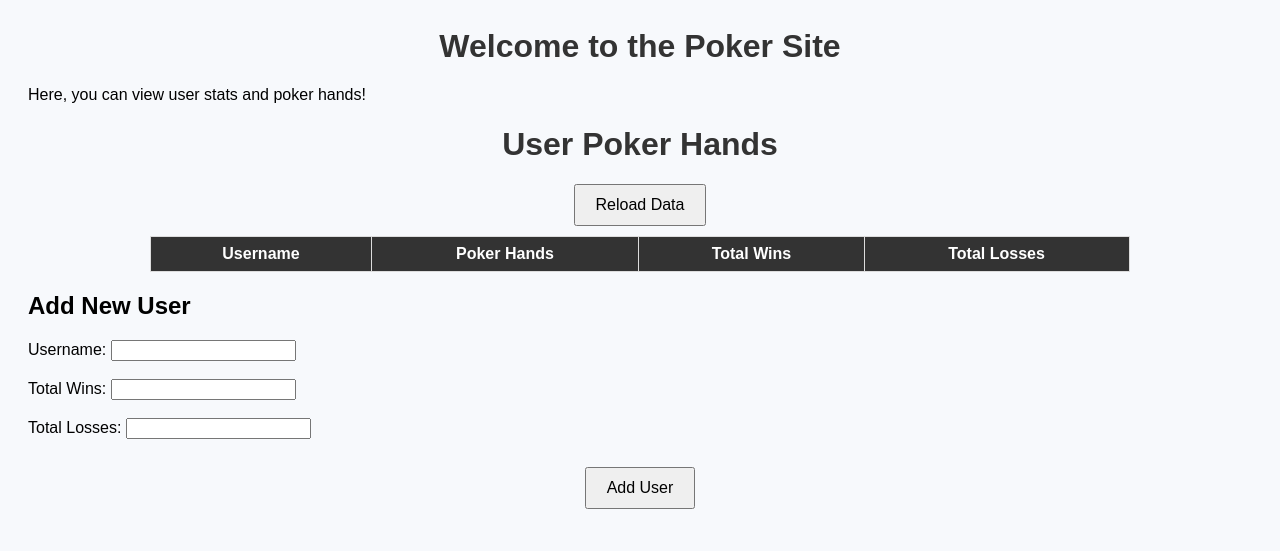
Repository: KidBillionaire/newapp
Page: public/index.html
An editor plug-in stored every save of this project. The page is shown before and after the next save, followed by the edit.
The browser window is 1280 px wide. The pictures show the whole page.

Above is the page before, as saved 2024-10-10 16:00:25.

### public/index.html
<body>
    <link rel="stylesheet" href="styles.css">
    <link href="https://fonts.googleapis.com/css2?family=Montserrat:wght@400;700&display=swap" rel="stylesheet">

    <h1 class="montserrat-title">Welcome to the Poker Site</h1>
<p class="montserrat-body">Here, you can view user stats and poker hands!</p>

    <h1>User Poker Hands</h1>
    <button id="reloadButton">Reload Data</button>
    <table id="userTable" border="1">
      <thead>
        <tr>
          <th>Username</th>
          <th>Poker Hands</th>
          <th>Total Wins</th>
          <th>Total Losses</th>
        </tr>
      </thead>
      <tbody></tbody> <!-- This will be filled dynamically -->
    </table>

    <!-- New User Form -->
    <h2>Add New User</h2>
    <form id="addUserForm">
      <label for="username">Username:</label>
      <input type="text" id="username" name="username" required>
      <br><br>
      <label for="wins">Total Wins:</label>
      <input type="number" id="wins" name="wins" required>
      <br><br>
      <label for="losses">Total Losses:</label>
      <input type="number" id="losses" name="losses" required>
      <br><br>
      <button type="submit">Add User</button>
    </form>
  </body>

### public/styles.css
body {
    font-family: Arial, sans-serif;
    background-color: #f7f9fc;
    padding: 20px;
  }

  h1 {
    text-align: center;
    color: #333;
  }

  #userTable {
    width: 80%;
    margin: 0 auto;
    border-collapse: collapse;
  }

  #userTable th, #userTable td {
    border: 1px solid #ddd;
    padding: 8px;
    text-align: center;
  }

  #userTable th {
    background-color: #333;
    color: white;
  }

  button {
    display: block;
    margin: 10px auto;
    padding: 10px 20px;
    font-size: 16px;
    cursor: pointer;
  }
  // <Monte>: Use a unique and descriptive class name
// <weight>: Use a value from 100 to 900
.montserrat-title {
    font-family: 'Montserrat', sans-serif;
}
    font-family: 'Montserrat', sans-serif;
    font-weight: 700;


  .montserrat-body {
    font-family: 'Montserrat', sans-serif;
    font-weight: 400;
  }

After the next save:
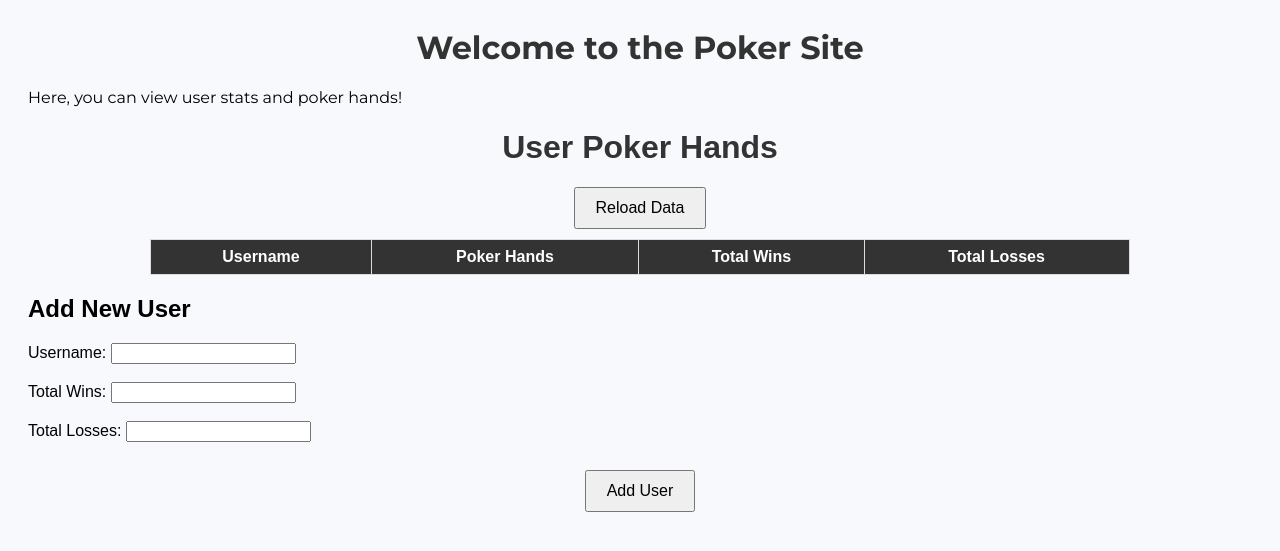
Saved 64 s later.
--- a/public/styles.css
+++ b/public/styles.css
@@ -2,47 +2,45 @@ body {
     font-family: Arial, sans-serif;
     background-color: #f7f9fc;
     padding: 20px;
-  }
+}
 
-  h1 {
+h1 {
     text-align: center;
     color: #333;
-  }
+}
 
-  #userTable {
+#userTable {
     width: 80%;
     margin: 0 auto;
     border-collapse: collapse;
-  }
+}
 
-  #userTable th, #userTable td {
+#userTable th,
+#userTable td {
     border: 1px solid #ddd;
     padding: 8px;
     text-align: center;
-  }
+}
 
-  #userTable th {
+#userTable th {
     background-color: #333;
     color: white;
-  }
+}
 
-  button {
+button {
     display: block;
     margin: 10px auto;
     padding: 10px 20px;
     font-size: 16px;
     cursor: pointer;
-  }
-  // <Monte>: Use a unique and descriptive class name
-// <weight>: Use a value from 100 to 900
+}
+
 .montserrat-title {
     font-family: 'Montserrat', sans-serif;
+    font-weight: 700; /* strong title font */
 }
+
+.montserrat-body {
     font-family: 'Montserrat', sans-serif;
-    font-weight: 700;
-
-
-  .montserrat-body {
-    font-family: 'Montserrat', sans-serif;
-    font-weight: 400;
-  }
+    font-weight: 400; /* normal body font */
+}
